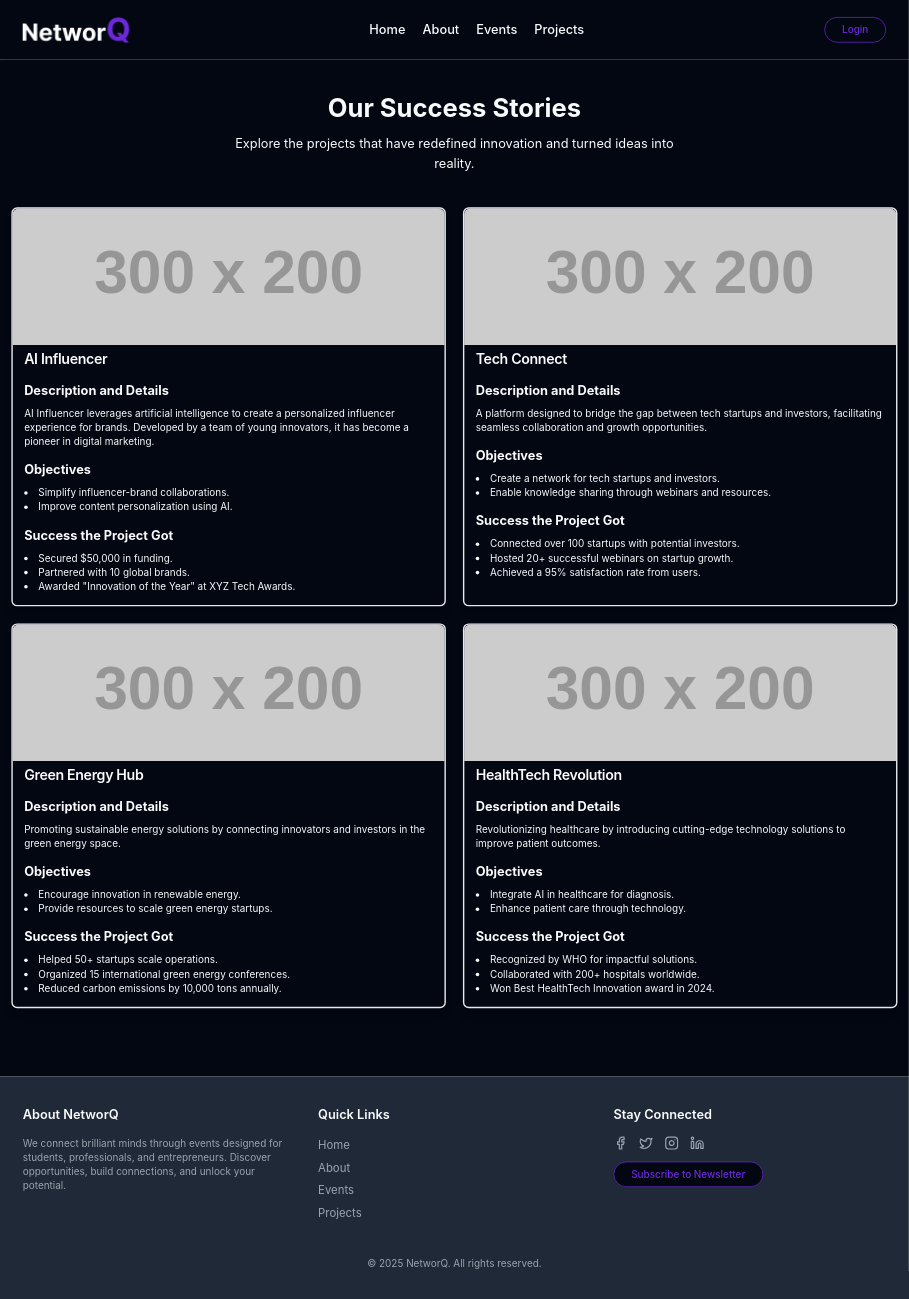
Repository: Wahab3917/Red-Pill-Coders-Hackathon-Submission
Page: /projects (app in frontend/)
An editor plug-in stored every save of this project. The page is shown before and after the next save, followed by the edit.
The browser window is 1280 px wide. The pictures show the whole page, at 71% of full size.
Pictures or frames that could not be fetched are drawn as grey boxes. The project was rebuilt for these pictures with package versions that can differ from the ones it lists, and the page was loaded fresh each time. Also part of the build but not shown: frontend/vite.config.js, frontend/src/layouts/AuthLayout.jsx, frontend/src/pages/Home.jsx, frontend/src/pages/About.jsx, frontend/src/pages/Event.jsx.

Above is the page before, as saved 2025-01-25 13:38:23.

After the next save:
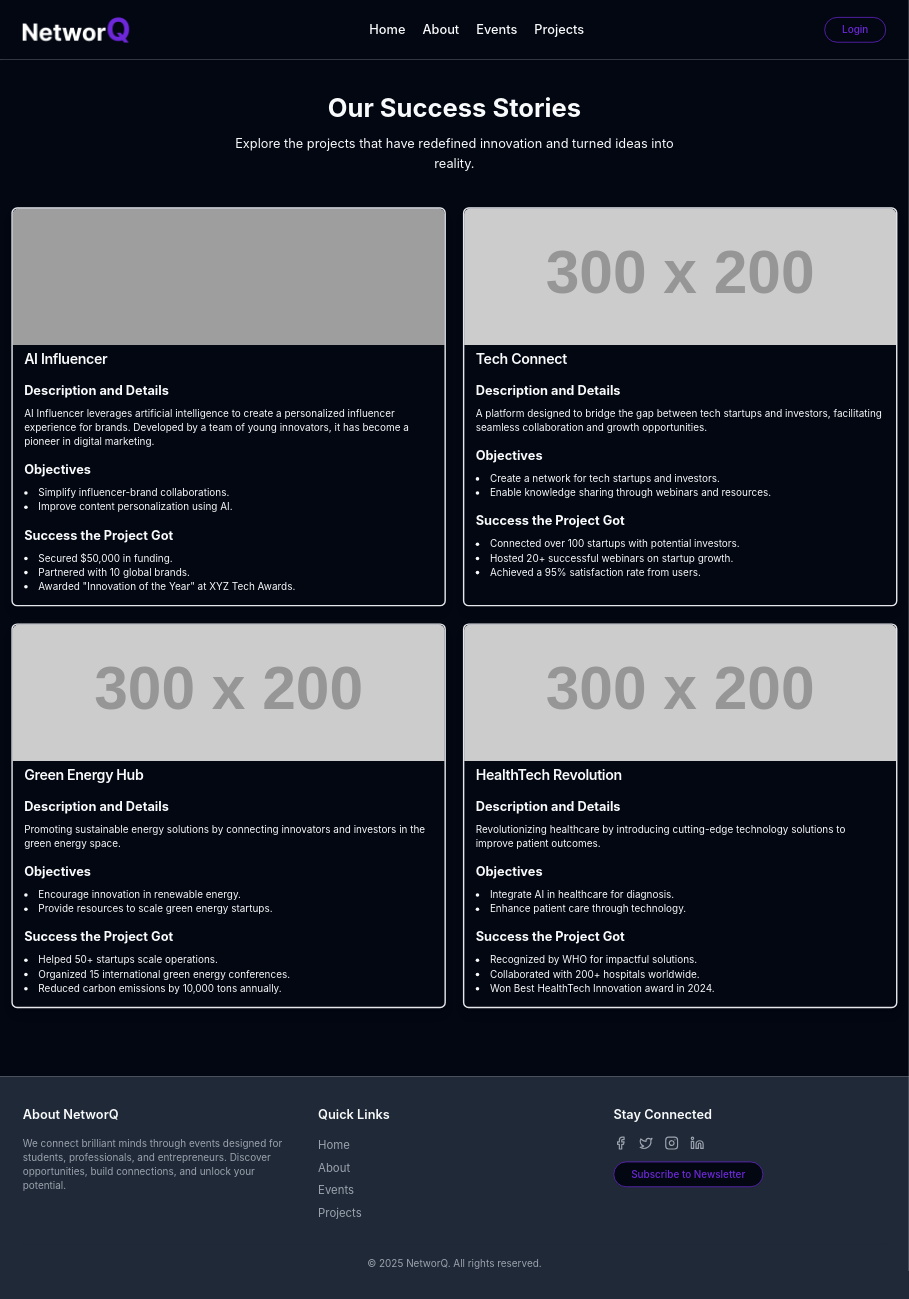
Saved 29 s later.
--- a/frontend/src/pages/Project.jsx
+++ b/frontend/src/pages/Project.jsx
@@ -5,7 +5,7 @@ import meeting from "@/assets/meeting.jpg";
 const projectsData = [
   {
     name: "AI Influencer",
-    image: "https://via.placeholder.com/300x200", // Placeholder image
+    image: { meeting }, // Placeholder image
     description:
       "AI Influencer leverages artificial intelligence to create a personalized influencer experience for brands. Developed by a team of young innovators, it has become a pioneer in digital marketing.",
     objectives: [
